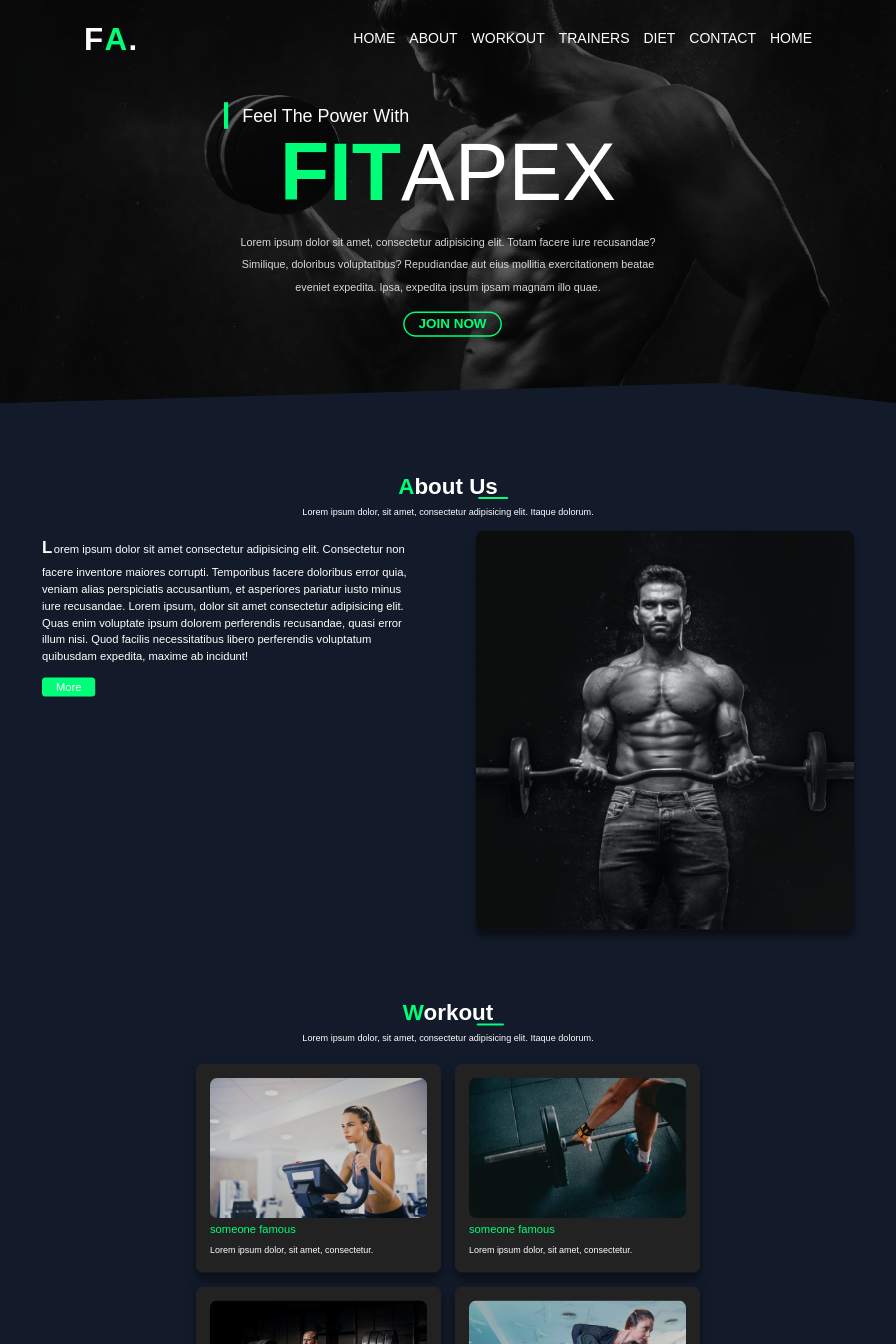
Repository: guilhermecardoso93/fitapex
Page: index.html
An editor plug-in stored every save of this project. The page is shown before and after the next save, followed by the edit.
The browser window is 1280 px wide. The pictures show the part of the page from y = 0 to 1920 px (the page is 3602 px tall), at 70% of full size.

Above is the page before, as saved 2023-03-07 20:46:25.

After the next save:
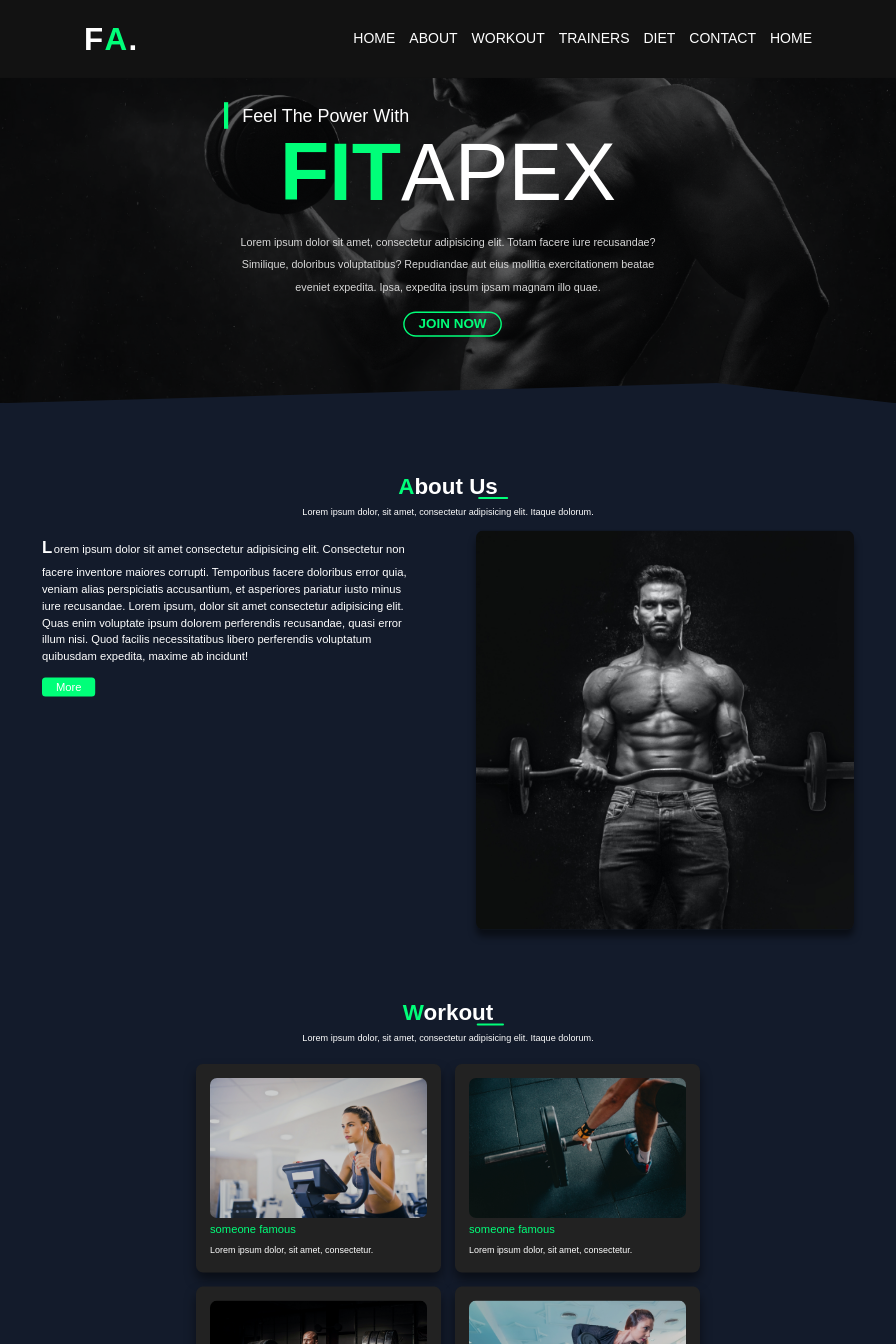
Saved 44 s later.
--- a/css/_navbar.css
+++ b/css/_navbar.css
@@ -4,7 +4,7 @@
   display: flex;
   position: fixed;
   padding: 30px 120px;
-  background-color: transparent;
+  background-color: #121212;
   justify-content: space-between;
   z-index: 1111;
   transition: 0.5s ease;
